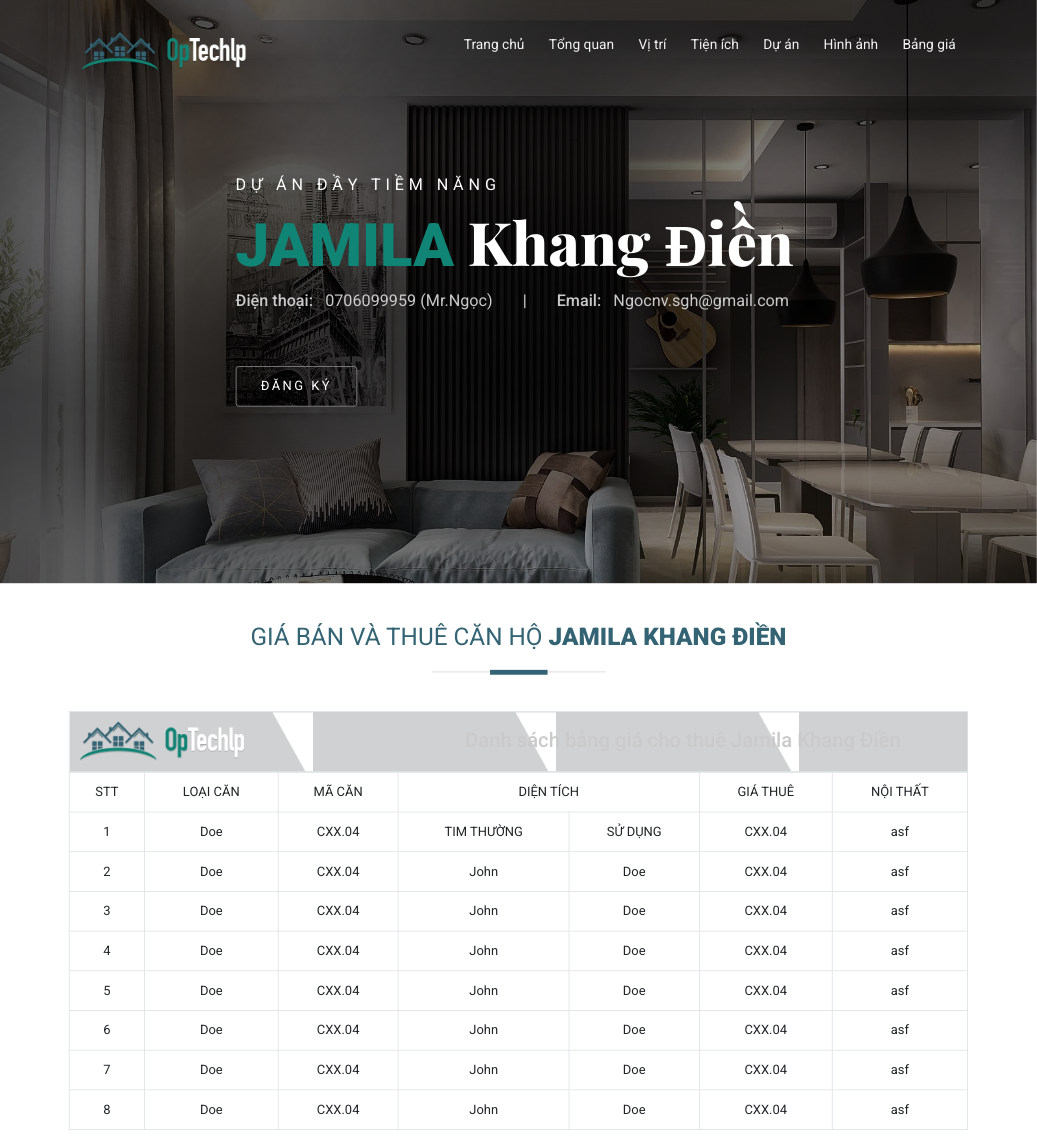
Repository: phunobi1807/Myweb
Page: index.html
These files come from the project's save history. The page is drawn as it stood at one moment and after the next save; the edit follows.
The browser window is 1280 px wide. The pictures show the whole page, at 81% of full size.
Some web fonts or font styles are not loaded; a fallback is used.

Above is the page before, as saved 2021-05-14 13:59:56.

### index.html
<!DOCTYPE html>
<html lang="en">

<head>
    <meta charset="UTF-8">
    <meta http-equiv="X-UA-Compatible" content="IE=edge">
    <meta name="viewport" content="width=device-width, initial-scale=1.0">
    <link rel="stylesheet" type="text/css" href="./css/style.css">
    <title>JAMILA Khang Điền</title>
</head>

<body>
    <header>
        <a href="#" class="logo">
            <img src="./image/logo-banner.png" alt="logo">
        </a>
        <div class="menuToggle" onclick="toggleMenu"></div>
        <ul class="navigation">
            <li><a href="#" onclick="toggleMenu">Trang chủ</a></li>
            <li><a href="#" onclick="toggleMenu">Tổng quan</a></li>
            <li><a href="#" onclick="toggleMenu">Vị trí</a></li>
            <li><a href="#" onclick="toggleMenu">Tiện ích</a></li>
            <li><a href="#" onclick="toggleMenu">Dự án</a></li>
            <li><a href="#" onclick="toggleMenu">Hình ảnh</a></li>
            <li><a href="#" onclick="toggleMenu">Bảng giá</a></li>
        </ul>
    </header>
    <section class="banner" id="banner">
        <div class="content">
            <p class="title">dự án đầy tiềm năng</p>
            <h3><strong>JAMILA</strong> Khang Điền</h3>
            <div class="content-contact">
                <p class="phone">Điện thoại: <span class="number-phone">0706099959 (Mr.Ngọc)</span></p>
                <div class="gachgiua">|</div>
                <p class="email">Email: <span class="email">Ngocnv.sgh@gmail.com</span></p>
            </div>
            <div class="input">
                <input type="button" class="btn btn-outline" value="Đăng ký">
            </div>
        </div>
    </section>
    <section class="price-apartment mt-5">
        <div class="container text-center">
            <div class="list-price-apartment">
                <h1>giá bán và thuê căn hộ <span>jamila khang điền</span></h1>
                <div class="gach-chan">
                    <div class="gachchan"></div>
                </div>
                <table class="table table-bordered mt-5">
                    <thead>
                        <tr>
                            <th colspan="7" style="background-image:url(./image/optechlp.png);">
                                <div class="title-table">
                                    <img src="./image/logo-banner.png" alt="">
                                    <p>Danh sách bảng giá cho thuê Jamila Khang Điền</p>
                                </div>
                            </th>
                        </tr>
                    </thead>
                    <tbody>
                        <tr class="list-title">
                            <td>STT</td>
                            <td>loại căn</td>
                            <td>mã căn</td>
                            <td colspan="2">diện tích
                            </td>
                            <td>giá thuê</td>
                            <td colspan="2">nội thất</td>


                        </tr>
                        <tr>
                            <td>1</td>
                            <td>Doe</td>
                            <td>CXX.04</td>
                            <td>TIM THƯỜNG</td>
                            <td>SỬ DỤNG</td>
                            <td>CXX.04</td>
                            <td>asf</td>
                        </tr>
                        <tr>
                            <td>2</td>
                            <td>Doe</td>
                            <td>CXX.04</td>
                            <td>John</td>
                            <td>Doe</td>
                            <td>CXX.04</td>
                            <td>asf</td>
                        </tr>
                        <tr>
                            <td>3</td>
                            <td>Doe</td>
                            <td>CXX.04</td>
                            <td>John</td>
                            <td>Doe</td>
                            <td>CXX.04</td>
                            <td>asf</td>
                        </tr>
                        <tr>
                            <td>4</td>
                            <td>Doe</td>
                            <td>CXX.04</td>
                            <td>John</td>
                            <td>Doe</td>
                            <td>CXX.04</td>
                            <td>asf</td>
                        </tr>
                        <tr>
                            <td>5</td>
                            <td>Doe</td>
                            <td>CXX.04</td>
                            <td>John</td>
                            <td>Doe</td>
                            <td>CXX.04</td>
                            <td>asf</td>
                        </tr>
                        <tr>
                            <td>6</td>
                            <td>Doe</td>
                            <td>CXX.04</td>
                            <td>John</td>
                            <td>Doe</td>
                            <td>CXX.04</td>
                            <td>asf</td>
                        </tr>
                        <tr>
                            <td>7</td>
                            <td>Doe</td>
                            <td>CXX.04</td>
                            <td>John</td>
                            <td>Doe</td>
                            <td>CXX.04</td>
                            <td>asf</td>
                        </tr>
                        <tr>
                            <td>8</td>
                            <td>Doe</td>
                            <td>CXX.04</td>
                            <td>John</td>
                            <td>Doe</td>
                            <td>CXX.04</td>
                            <td>asf</td>
                        </tr>

                    </tbody>

                </table>
            </div>
        </div>
    </section>
    <link rel="stylesheet" href="https://maxcdn.bootstrapcdn.com/bootstrap/4.5.2/css/bootstrap.min.css">
    <script src="https://ajax.googleapis.com/ajax/libs/jquery/3.5.1/jquery.min.js"></script>
    <script src="https://cdnjs.cloudflare.com/ajax/libs/popper.js/1.16.0/umd/popper.min.js"></script>
    <script src="https://maxcdn.bootstrapcdn.com/bootstrap/4.5.2/js/bootstrap.min.js"></script>
    <script type="text/javascript">
        window.addEventListener('scroll', function() {
            const header = document.querySelector('header');
            header.classList.toggle("sticky", window.scrollY > 0);
        });

        function toggleMenu() {
            const menutoggle = document.querySelector('.menuToggle');
            const navigation = document.querySelector('.navigation');
            menuToggle.classList.toggle('active');
            navigation.classList.toggle('active');
        }
    </script>
</body>

</html>
<!-- <script type="text/javascript">
    window.addEventListener('scroll', function() {
        const header = document.querySelector('header');
        header.classList.toggle("sticky", window.scrollY > 0);
    });

    function toggleMenu() {
        const menuToggle = document.querySelector('.menuToggle');
        const navigation = document.querySelector('.navigation');
        menuToggle.classList.toggle('active');
        navigation.classList.toggle('active');
    }
</script> -->

### css/style.css
    @import url(https://fonts.googleapis.com/css2?family=Roboto:wght@100;200;300;400;500;600;800;900&display=swap);
    @import url(https://fonts.googleapis.com/css2?family=Playfair+Display:wght@100;200;300;400;500;600;800;900&display=swap);
    * {
        margin: 0;
        padding: 0;
        box-sizing: border-box;
        font-family: 'Roboto', 'Regular';
        scroll-behavior: smooth;
    }

    body {
        overflow-x: hidden;
    }

    p {
        font-weight: 300;
        color: #ffffff;
    }

    .banner {
        position: relative;
        width: 100%;
        min-height: 100vh;
        display: flex;
        justify-content: center;
        align-items: center;
        background: url('../image/banner.png');
        background-size: cover;
    }

    .banner .content {
        max-width: 900px;
        text-align: left;
    }

    .banner .content p.title {
        font-size: 20px;
        opacity: 100%;
        text-transform: uppercase;
        font-weight: 400;
        letter-spacing: 6px;
        line-height: 20px;
        color: #ffffff;
    }

    .banner .content h3 {
        font-family: 'Playfair Display', serif;
        font-size: 74px;
        font-style: bold;
        font-weight: 700;
        color: #ffffff;
        text-align: left;
    }

    .banner .content h3 strong {
        color: #118575;
    }

    .banner .content .content-contact {
        margin-bottom: 50px;
    }

    .banner .content .content-contact,
    p {
        display: flex;
        color: #cacaca;
        font-size: 20px;
        font-style: bold;
        font-weight: 500;
    }

    .banner .content .content-contact p span {
        padding: 0px 15px;
        font-weight: 400;
        font-style: normal;
        color: #cacaca;
    }

    .banner .content .content-contact .gachgiua {
        padding-right: 15px;
        margin: 0px 22px;
    }

    .banner .content .input input {
        width: 150px;
        height: 50px;
        border: 1px solid;
        /* opacity: 40%; */
        color: #ffffff;
        border-color: #8a8a8a;
        text-transform: uppercase;
        letter-spacing: 3px;
        transition: 0.5s;
    }

    .banner .content .input input:hover {
        width: 160px;
        transition: 0.5s;
        background-color: #118575;
    }

    .banner .content .input input::-ms-value {
        color: red;
    }

    header {
        position: fixed;
        top: 0;
        left: 0;
        width: 100%;
        padding: 40px 100px;
        z-index: 10;
        display: flex !important;
        justify-content: space-between;
        align-items: center;
        transition: 0.5s;
    }

    header.sticky {
        background: rgb(43, 43, 43);
        padding: 10px 100px;
        box-shadow: 0 5px 20px rgba(0, 0, 0, 0.05);
    }

    header.sticky ul {
        margin-top: 14px;
        line-height: 14px;
    }

    header .navigation {
        position: relative;
        display: flex;
    }

    header .navigation li {
        list-style-type: none;
        margin-left: 30px;
    }

    header .navigation li a {
        opacity: 100%;
        font-size: 17px;
        text-decoration: none;
        color: #f2f2f2;
        line-height: 20px;
    }

    header.sticky .navigation li a {
        color: #fff;
    }

    header .navigation li a:hover {
        color: #118575;
        letter-spacing: 3px;
        transition: 1s;
        text-transform: uppercase;
    }
    /* giá bán căn hộ trong bảng  */

    .price-apartment h1 {
        font-size: 30px;
        text-transform: uppercase;
        font-weight: 400;
        color: #346473;
    }

    .price-apartment h1 span {
        font-weight: 900;
    }

    .price-apartment .gach-chan {
        border-bottom: 1px solid #d7d7d7;
        width: 215px;
        margin-left: 28rem;
        z-index: 1;
        margin-top: 25px;
    }

    .price-apartment .gachchan {
        position: absolute;
        border: 3px solid #346473;
        width: 71px;
        margin-left: 4.5rem;
        z-index: 10;
        margin-top: -2.5px;
    }

    .price-apartment .title-table {
        display: flex;
        justify-content: space-between;
    }

    .price-apartment .title-table img {}

    .price-apartment .title-table p {
        line-height: 21px;
        margin-top: 12px;
        padding: 0px 70px;
        /* color: #fff; */
        font-size: 25px;
    }

    .price-apartment table tr.list-title {
        text-transform: uppercase;
    }
    /* end giá bán căn hộ trong bảng  */

After the next save:
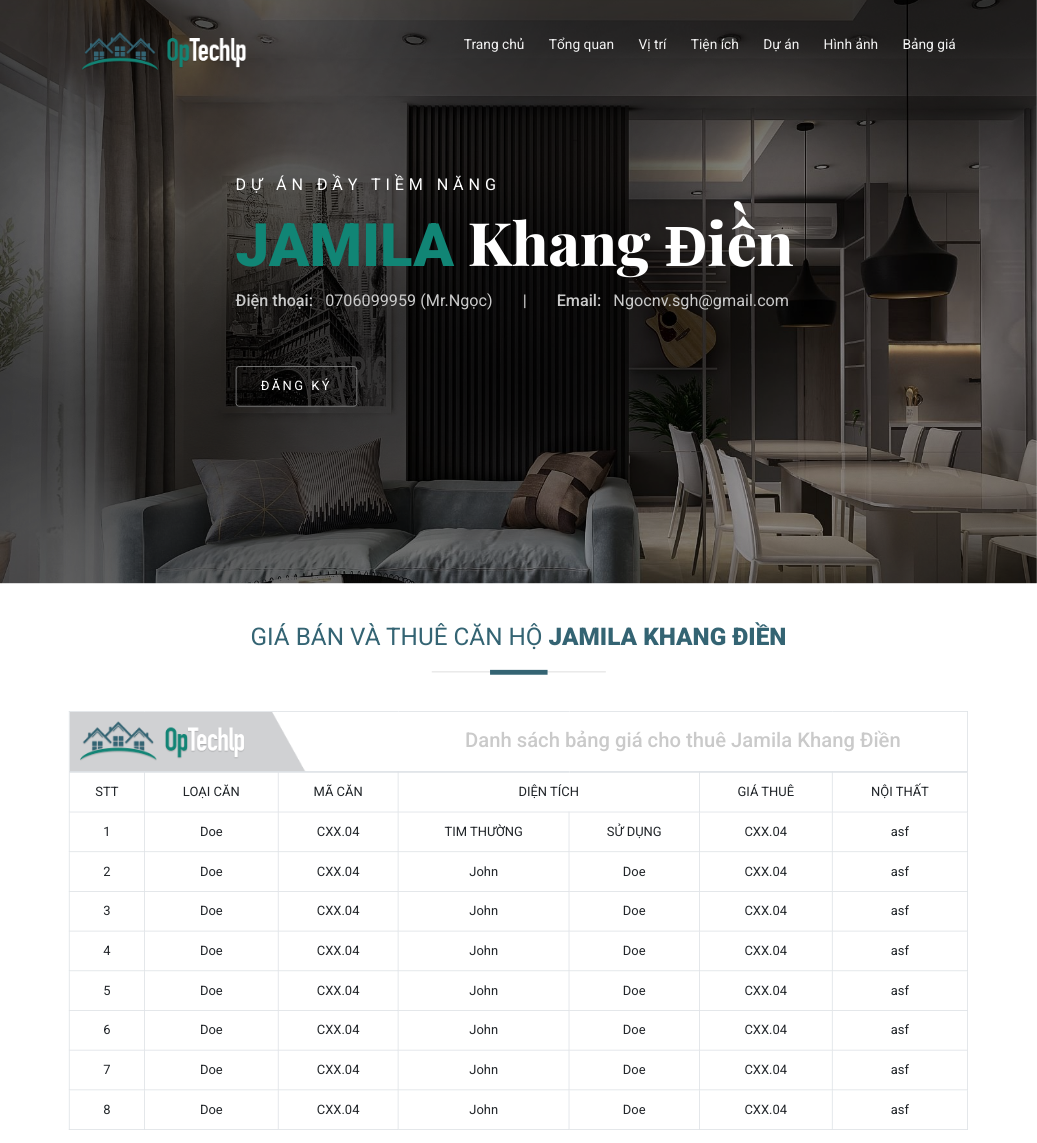
Saved 14 s later.
--- a/index.html
+++ b/index.html
@@ -49,7 +49,7 @@
                 <table class="table table-bordered mt-5">
                     <thead>
                         <tr>
-                            <th colspan="7" style="background-image:url(./image/optechlp.png);">
+                            <th colspan="7" style="background-image:url(./image/optechlp.png); background-repeat: no-repeat;">
                                 <div class="title-table">
                                     <img src="./image/logo-banner.png" alt="">
                                     <p>Danh sách bảng giá cho thuê Jamila Khang Điền</p>
